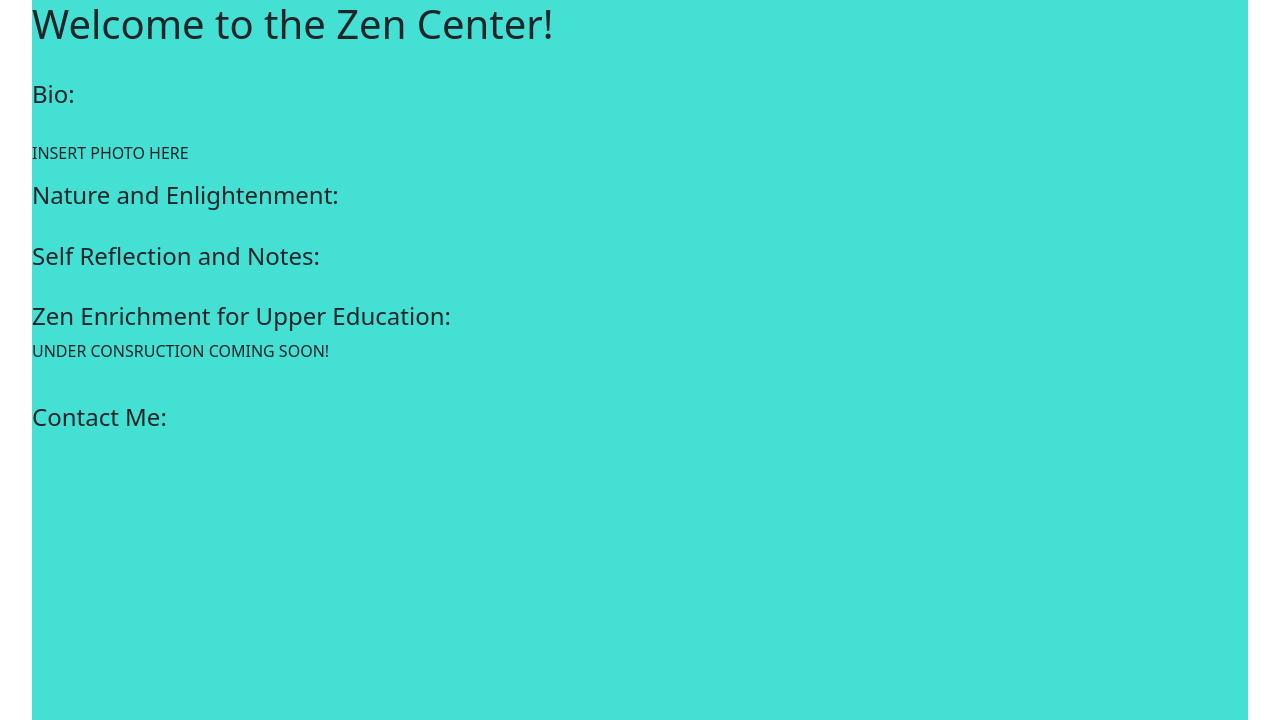
Repository: collegedude9300/zenstationnext
Page: /
These files come from the project's save history. The page is drawn as it stood at one moment and after the next save; the edit follows.
The browser window is 1280 px wide. The pictures show the whole page.
The project was rebuilt for these pictures with package versions that can differ from the ones it lists, and the page was loaded fresh each time. The framework's server and built-in components were replaced by stand-ins that run in the browser. Also part of the build but not shown: next.config.js.

Above is the page before, as saved 2022-10-09 10:26:45.

### pages/index.js
import Head from 'next/head'
import Image from 'next/image'
import styles from '../styles/Home.module.css'
import 'bootstrap/dist/css/bootstrap.css'
export default function Home() {
  return (
    <div className={styles.container}>
      <Head>
        <title>Create Next App</title>
        <meta name="description" content="Generated by create next app" />
        <link rel="icon" href="/favicon.ico" />
      </Head>
      <main className={styles.pages}>
        <h1> Welcome to the Zen Center!</h1>
        <br/>
        <h4>Bio: </h4>
        <br/>
        <p> INSERT PHOTO HERE</p>
        <a href="/About"></a>
        <h4> Nature and Enlightenment: </h4>
        <br/>
        <h4>Self Reflection and Notes: </h4>
        <br/>
        <h4>Zen Enrichment for Upper Education: </h4>
        <p>UNDER CONSRUCTION COMING SOON!</p>
        <br/>
        <h4>Contact Me: </h4>
      </main>
    </div>
  )
}

### styles/Home.module.css
.container {
  padding: 0 2rem;
}
.pages{
  background-color: #43e0d3;
  min-height: 100vh;
}
.main {
  min-height: 100vh;
  padding: 4rem 0;
  flex: 1;
  display: flex;
  flex-direction: column;
  justify-content: center;
  align-items: center;
}

.footer {
  display: flex;
  flex: 1;
  padding: 2rem 0;
  border-top: 1px solid #eaeaea;
  justify-content: center;
  align-items: center;
}

.footer a {
  display: flex;
  justify-content: center;
  align-items: center;
  flex-grow: 1;
}

.title a {
  color: #0070f3;
  text-decoration: none;
}

.title a:hover,
.title a:focus,
.title a:active {
  text-decoration: underline;
}

.title {
  margin: 0;
  line-height: 1.15;
  font-size: 4rem;
}

.title,
.description {
  text-align: center;
}

.description {
  margin: 4rem 0;
  line-height: 1.5;
  font-size: 1.5rem;
}

.code {
  background: #fafafa;
  border-radius: 5px;
  padding: 0.75rem;
  font-size: 1.1rem;
  font-family: Menlo, Monaco, Lucida Console, Liberation Mono, DejaVu Sans Mono,
    Bitstream Vera Sans Mono, Courier New, monospace;
}

.grid {
  display: flex;
  align-items: center;
  justify-content: center;
  flex-wrap: wrap;
  max-width: 800px;
}

.card {
  margin: 1rem;
  padding: 1.5rem;
  text-align: left;
  color: inherit;
  text-decoration: none;
  border: 1px solid #eaeaea;
  border-radius: 10px;
  transition: color 0.15s ease, border-color 0.15s ease;
  max-width: 300px;
}

.card:hover,
.card:focus,
.card:active {
  color: #0070f3;
  border-color: #0070f3;
}

.card h2 {
  margin: 0 0 1rem 0;
  font-size: 1.5rem;
}

.card p {
  margin: 0;
  font-size: 1.25rem;
  line-height: 1.5;
}

.logo {
  height: 1em;
  margin-left: 0.5rem;
}

@media (max-width: 600px) {
  .grid {
    width: 100%;
    flex-direction: column;
  }
}

@media (prefers-color-scheme: dark) {
  .card,
  .footer {
    border-color: #222;
  }
  .code {
    background: #111;
  }
  .logo img {
    filter: invert(1);
  }
}

Loaded but not shown: pages/_app.js (common file); styles/globals.css (common file)

After the next save:
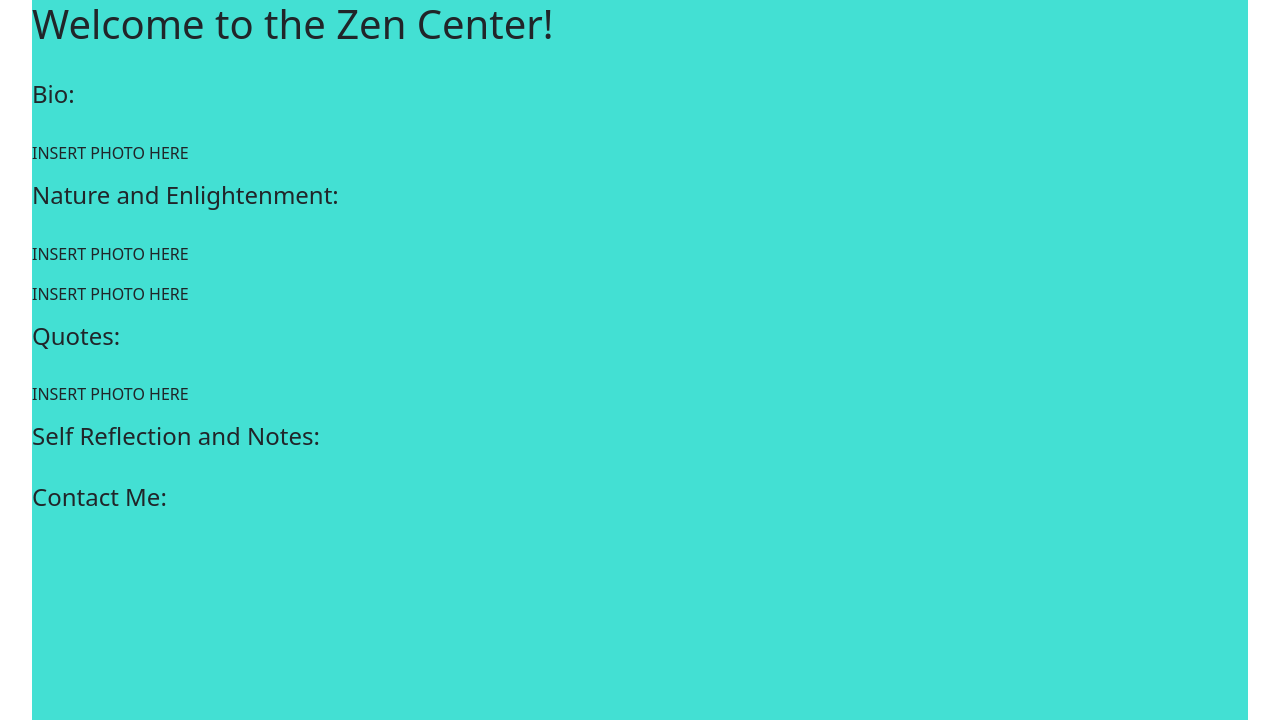
Saved 5 min 13 s later.
--- a/pages/index.js
+++ b/pages/index.js
@@ -19,12 +19,18 @@ export default function Home() {
         <a href="/About"></a>
         <h4> Nature and Enlightenment: </h4>
         <br/>
+        <p> INSERT PHOTO  HERE</p>
+        <p> INSERT PHOTO  HERE</p>
+        <a href="/MenuNature"></a>
+        <h4> Quotes: </h4>
+        <br/>
+        <p> INSERT PHOTO  HERE</p>
+        <a href="Quotes"></a>
         <h4>Self Reflection and Notes: </h4>
         <br/>
-        <h4>Zen Enrichment for Upper Education: </h4>
-        <p>UNDER CONSRUCTION COMING SOON!</p>
+        <h4>Contact Me: </h4>
         <br/>
-        <h4>Contact Me: </h4>
+        <a href="Contact"></a>
       </main>
     </div>
   )
